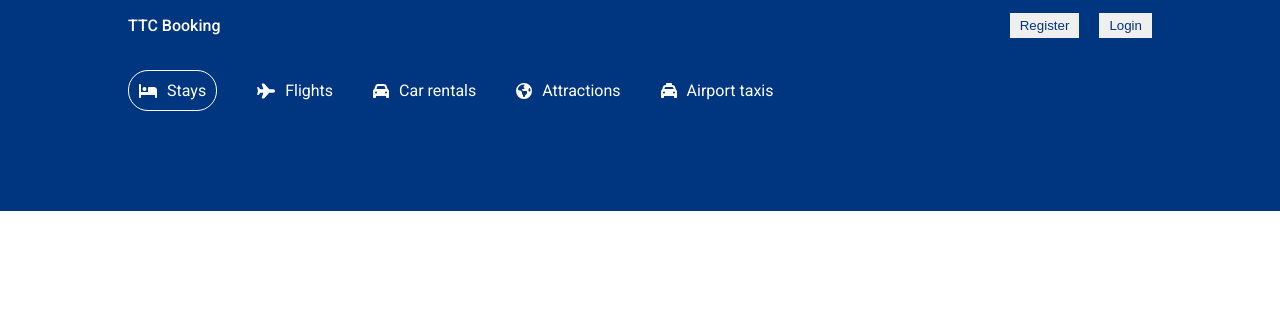
Repository: CarsonDev1/booking-app
Page: /
The author's editor kept a copy of each file at every save. The page is drawn from the files as they stood at one save, then again after the next save.
The browser window is 1280 px wide. The pictures show the whole page.
The project was rebuilt for these pictures with package versions that can differ from the ones it lists, and the page was loaded fresh each time. Also part of the build but not shown: src/pages/home/home.css, src/pages/hotel/Hotel.jsx, src/pages/list/List.jsx.

Above is the page before, as saved 2022-12-03 00:43:42.

### public/index.html
<!DOCTYPE html>
<html lang="en">

<head>
  <meta charset="utf-8" />
  <link rel="icon" href="%PUBLIC_URL%/favicon.ico" />
  <meta name="viewport" content="width=device-width, initial-scale=1" />
  <meta name="theme-color" content="#000000" />
  <meta name="description" content="Web site created using create-react-app" />
  <link rel="apple-touch-icon" href="%PUBLIC_URL%/logo192.png" />
  <!--
      manifest.json provides metadata used when your web app is installed on a
      user's mobile device or desktop. See https://developers.google.com/web/fundamentals/web-app-manifest/
    -->
  <link rel="manifest" href="%PUBLIC_URL%/manifest.json" />
  <link rel="preconnect" href="https://fonts.googleapis.com">
  <link rel="preconnect" href="https://fonts.gstatic.com" crossorigin>
  <link
    href="https://fonts.googleapis.com/css2?family=Poppins:ital,wght@0,400;0,500;0,600;0,700;0,800;1,400;1,500;1,600;1,700&family=Roboto:ital,wght@0,300;0,400;0,500;0,700;1,300;1,400;1,500;1,700&display=swap"
    rel="stylesheet">
  <!--
      Notice the use of %PUBLIC_URL% in the tags above.
      It will be replaced with the URL of the `public` folder during the build.
      Only files inside the `public` folder can be referenced from the HTML.

      Unlike "/favicon.ico" or "favicon.ico", "%PUBLIC_URL%/favicon.ico" will
      work correctly both with client-side routing and a non-root public URL.
      Learn how to configure a non-root public URL by running `npm run build`.
    -->
  <title>React App</title>
</head>

<body>
  <noscript>You need to enable JavaScript to run this app.</noscript>
  <div id="root"></div>
  <!--
      This HTML file is a template.
      If you open it directly in the browser, you will see an empty page.

      You can add webfonts, meta tags, or analytics to this file.
      The build step will place the bundled scripts into the <body> tag.

      To begin the development, run `npm start` or `yarn start`.
      To create a production bundle, use `npm run build` or `yarn build`.
    -->
</body>

</html>

### src/index.css
body {
	margin: 0;
	padding: 0;
	box-sizing: border-box;
	font-family: "Roboto", sans-serif;
}

### src/App.js
import { BrowserRouter, Routes, Route } from "react-router-dom";
import Home from "./pages/home/Home";
import Hotel from "./pages/hotel/Hotel";
import List from "./pages/list/List";
function App() {
	return (
		<BrowserRouter>
			<Routes>
				<Route path="/" element={<Home />} />
				<Route path="/hotels" element={<List />} />
				<Route path="/hotels/:id" element={<Hotel />} />
			</Routes>
		</BrowserRouter>
	);
}

export default App;

### src/pages/home/Home.jsx
import Header from "../../components/header/Header";
import Navbar from "../../components/navbar/Navbar";
import "./home.css";

const Home = () => {
	return (
		<div>
			<Navbar />
			<Header />
		</div>
	);
};

export default Home;

### src/components/header/Header.jsx
import {
	faBed,
	faCar,
	faEarth,
	faMountain,
	faPlane,
	faTaxi,
} from "@fortawesome/free-solid-svg-icons";
import { FontAwesomeIcon } from "@fortawesome/react-fontawesome";
import "./header.css";

const Header = () => {
	return (
		<div className="header">
			<div className="headerContainer">
				<div className="headerList">
					<div className="headerListItem active">
						<FontAwesomeIcon icon={faBed} />
						<span>Stays</span>
					</div>
					<div className="headerListItem">
						<FontAwesomeIcon icon={faPlane} />
						<span>Flights</span>
					</div>
					<div className="headerListItem">
						<FontAwesomeIcon icon={faCar} />
						<span>Car rentals</span>
					</div>
					<div className="headerListItem">
						<FontAwesomeIcon icon={faEarth} />
						<span>Attractions</span>
					</div>
					<div className="headerListItem">
						<FontAwesomeIcon icon={faTaxi} />
						<span>Airport taxis</span>
					</div>
				</div>
			</div>
		</div>
	);
};

export default Header;

### src/components/navbar/Navbar.jsx
import "./navbar.css";

const NavBar = () => {
	return (
		<div className="navbar">
			<div className="navContainer">
				<span className="logo">TTC Booking</span>
				<div className="navItems">
					<button className="navButton">Register</button>
					<button className="navButton">Login</button>
				</div>
			</div>
		</div>
	);
};

export default NavBar;

### src/components/header/header.css
.header {
	background-color: #003580;
	color: white;
	display: flex;
	justify-content: center;
}
.headerContainer {
	width: 100%;
	max-width: 1024px;
	margin: 20px 0px 100px 0px;
}
.headerList {
	display: flex;
	gap: 40px;
}
.headerListItem {
	display: flex;
	align-items: center;
	gap: 10px;
}
.headerListItem.active {
	border: 1px solid white;
	padding: 10px;
	border-radius: 20px;
}

### src/components/navbar/navbar.css
.navbar {
	height: 50px;
	background-color: #003580;
	display: flex;
	justify-content: center;
}
.navContainer {
	width: 100%;
	max-width: 1024px;
	color: white;
	display: flex;
	align-items: center;
	justify-content: space-between;
}
.logo {
	font-weight: 500;
}
.navButton {
	margin-left: 20px;
	border: none;
	padding: 5px 10px;
	cursor: pointer;
	color: #003580;
}

Loaded but not shown: src/index.js (common file)

After the next save:
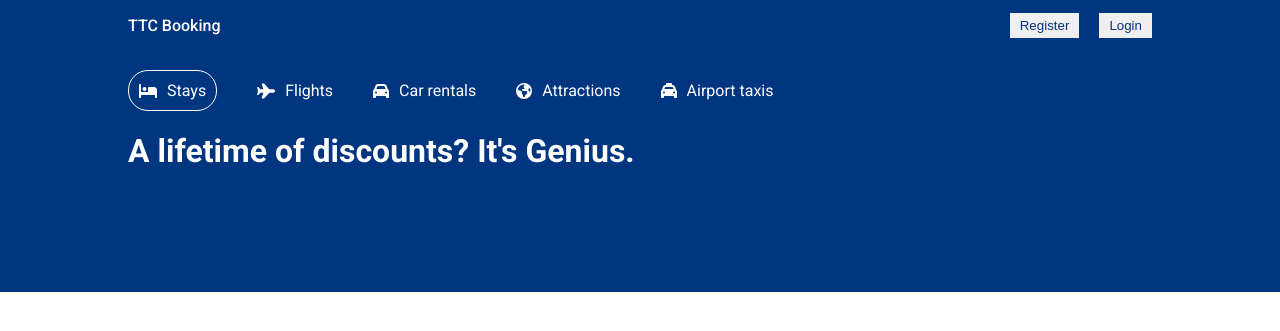
Saved 2 min 2 s later.
--- a/src/components/header/Header.jsx
+++ b/src/components/header/Header.jsx
@@ -35,6 +35,9 @@ const Header = () => {
 						<span>Airport taxis</span>
 					</div>
 				</div>
+				<h1 className="headerTitle">
+					A lifetime of discounts? It's Genius.
+				</h1>
 			</div>
 		</div>
 	);
